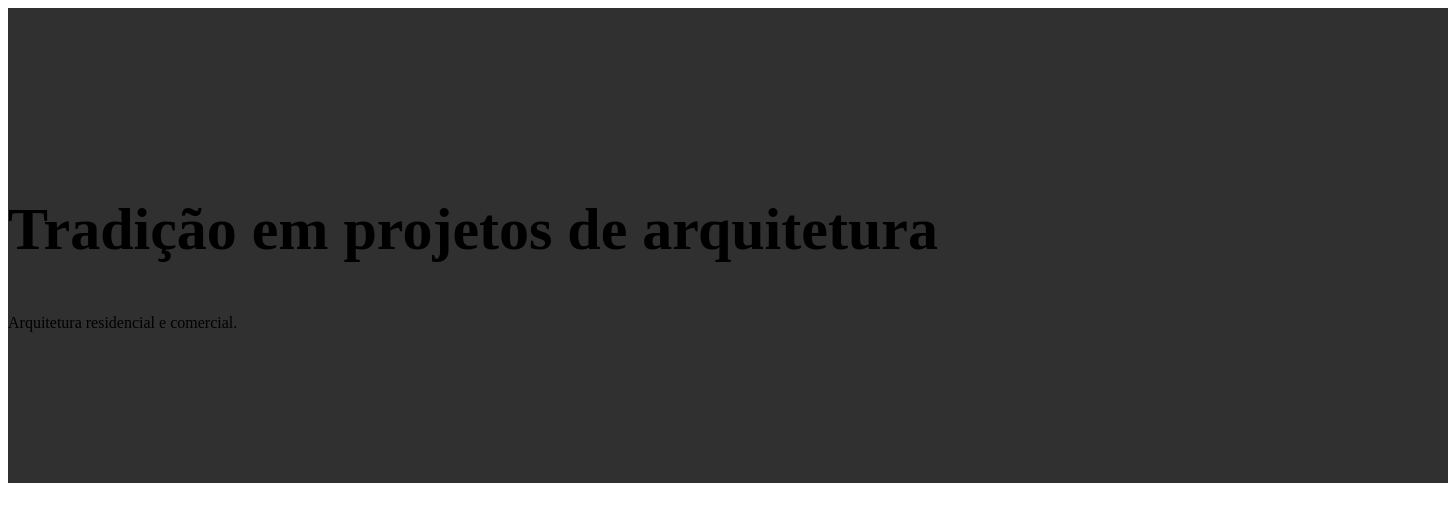
Repository: kleber-goncalves/RID196047_Desafio01
Page: index.html
An editor plug-in stored every save of this project. The page is shown before and after the next save, followed by the edit.
The browser window is 1280 px wide. The page is 1448 px wide, so the pictures cover 1448 px, including what lies to the right of the window. The pictures show the whole page.

Above is the page before, as saved 2024-12-18 16:20:09.

### index.html
<!DOCTYPE html>
<html lang="pt-br">
  <head>
    <meta charset="UTF-8" />
    <meta name="viewport" content="width=device-width, initial-scale=1.0" />
    <title>RID196047_Desafio01</title>
    <link rel="stylesheet" href="style.css" />
  </head>
  <body class="conteiner">
    <section class="conteiner" id="topo">
      <div>
        <h1 id="txt-topo">Tradição em projetos de arquitetura</h1>
        <p>Arquitetura residencial e comercial.</p>
      </div>
    </section>
  </body>
</html>

### style.css
.conteiner {
  box-sizing: border-box;
  display: grid;
  grid-auto-flow: column;
  grid-auto-columns: 1fr;
}

#topo {
  background-color: #303030;
  display: flex;
  align-items: center;
  width: 1440px;
  height: 475px;
}

#txt-topo {
  margin-left: ;
  font-size: 60px;
  font-style: normal;
  font-weight: 600;
  line-height: 72px;
}

After the next save:
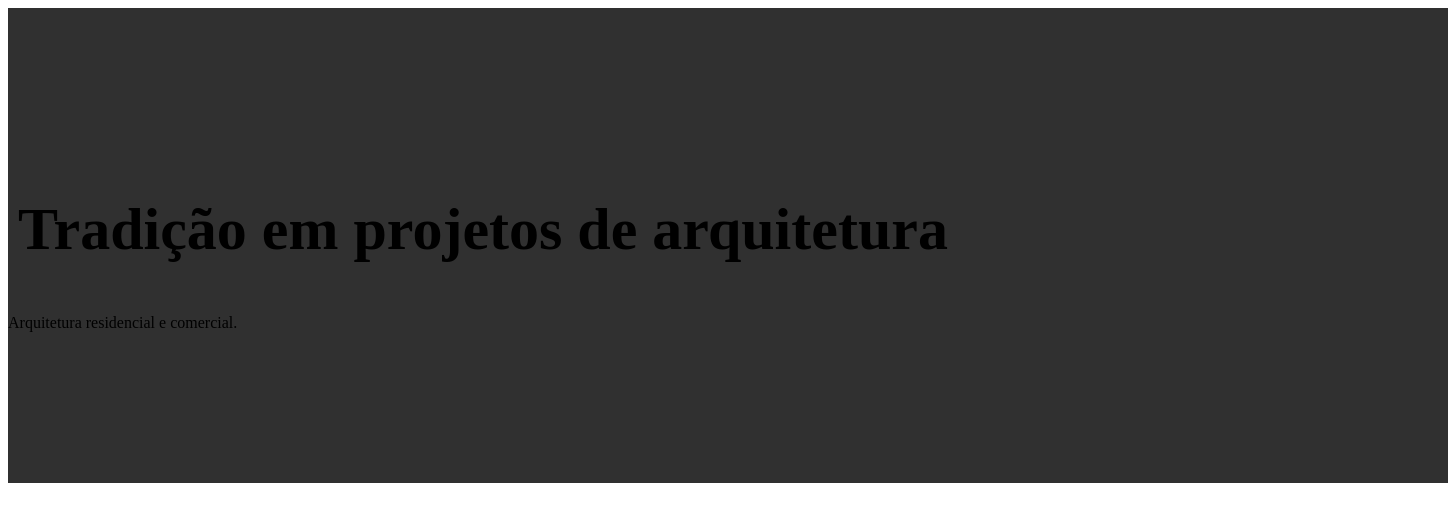
Saved 8 s later.
--- a/style.css
+++ b/style.css
@@ -14,7 +14,7 @@
 }
 
 #txt-topo {
-  margin-left: ;
+  margin-left: 10px;
   font-size: 60px;
   font-style: normal;
   font-weight: 600;
